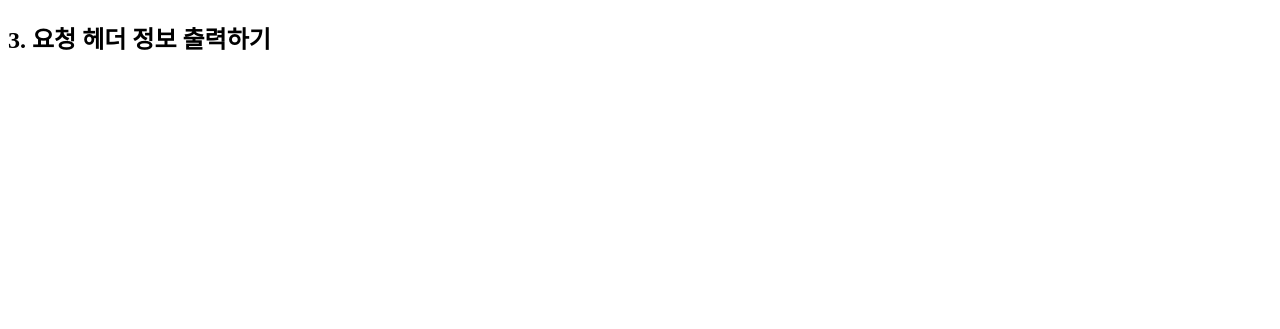
Repository: iamstudybox00/JSP_Servlet
Page: http://localhost/MustHaveJSP/02ImplicitObject/RequestHeader.jsp
An editor plug-in stored every save of this project. The page is shown before and after a run of saves, followed by the edit.
The browser window is 1280 px wide. The pictures show the whole page.
The page is served by Tomcat 10.

Above is the page before, as saved 2025-05-02 06:54:39.

After the next 2 saves:
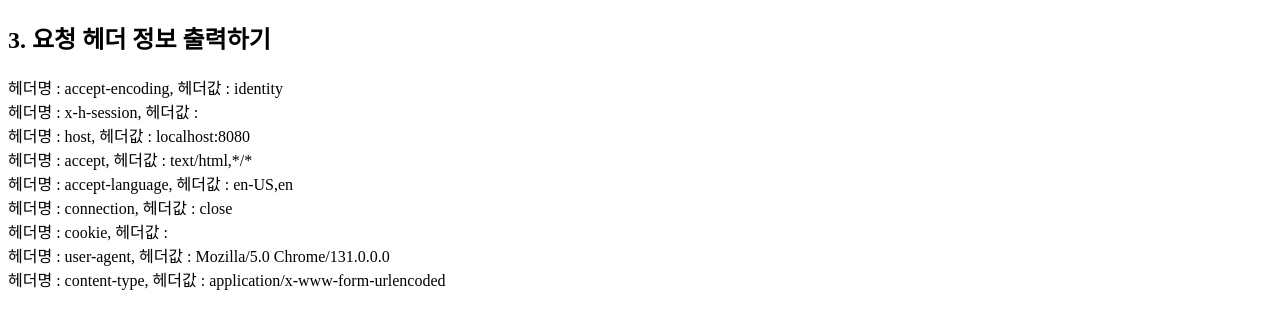
The 2 saves are shown as one change because they came seconds apart.
The last was saved 45 s later.
--- a/MustHaveJSP/src/main/webapp/02ImplicitObject/RequestHeader.jsp
+++ b/MustHaveJSP/src/main/webapp/02ImplicitObject/RequestHeader.jsp
@@ -14,6 +14,7 @@
 		while(headers.hasMoreElements()){
 			String headerName = (String)headers.nextElement();
 			String headerValue = request.getHeader(headerName);
+			out.println("헤더명 : " + headerName + ", 헤더값 : " + headerValue + "<br/>");
 		}
 		%>
 	</body>
